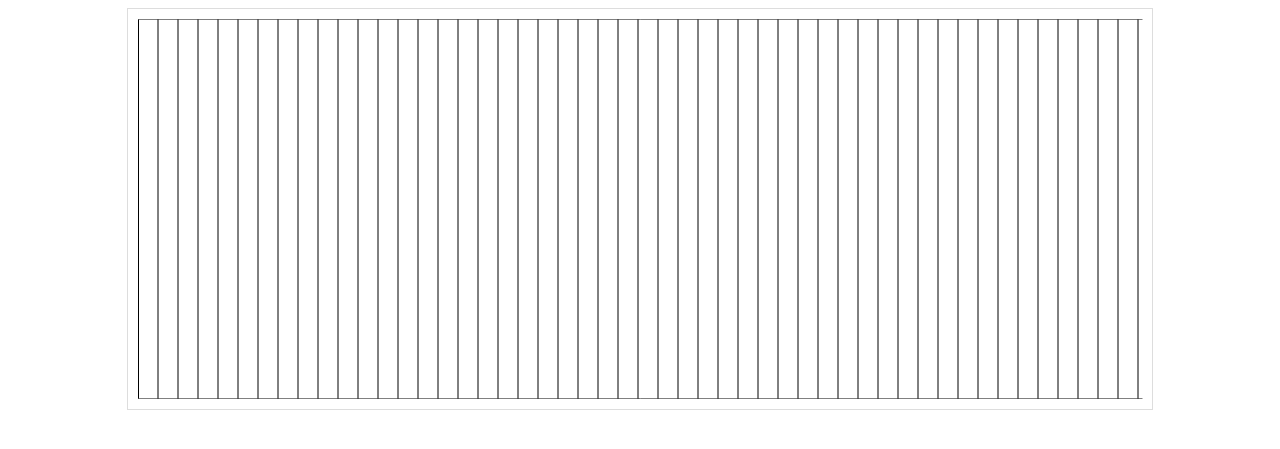
Repository: cw19931024/Demo
Page: canvas.html
An editor plug-in stored every save of this project. The page is shown before and after the next save, followed by the edit.
The browser window is 1280 px wide. The pictures show the whole page.

Above is the page before, as saved 2017-07-26 18:09:38.

### canvas.html
<!DOCTYPE html>
<html lang="en">

<head>
    <title></title>
    <meta charset="UTF-8">
    <meta name="viewport" context="width=device-width, initial-scale=1">
    <style>
        canvas {
            margin: 0 auto;
            border: 1px solid #ddd;
            width: 1024px;
            height: 400px;
        }

        .tac {
            text-align: center;
        }
    </style>
</head>

<body>
    <div class="tac">
        <canvas id="canvas" width="1024" height="768"></canvas>
    </div>
</body>
<script>
    var canvas = document.getElementById('canvas');
    var context = canvas.getContext('2d');
    var width = canvas.width;
    var height = canvas.height;
    var padding = 10;

    //y轴线
    context.beginPath();
    context.lineWidth = 1;
    context.moveTo(padding + 0.5, height - padding - 10);
    context.lineTo(padding + 0.5, padding + 10);
    context.stroke();

    //x轴线
    context.beginPath();
    context.moveTo(padding + 0.5, height - padding - 10);
    context.lineTo(width - padding + 0.5, height - padding - 10)
    context.moveTo(padding + 0.5, padding + 10);
    context.lineTo(width - padding + 0.5, padding + 10)
    context.stroke();

    // var Number = 5;             //y轴的段数
    // var yLength = Math.floor(height -padding*2/Number);
    // var xLength = Math.floor(width -padding*2/data.length);

    for (var i = 20; i < width; i += 20) {
        context.beginPath();
        context.moveTo(i + 10, height - padding - 10);
        context.lineTo(i + 10, padding + 10);
        context.stroke();
    }
    for (var i = 20; i < height; i += 20) {
        context.beginPath();
        context.moveTo(i +10, width - padding - 10);
        context.lineTo(i+10, width - padding - 10)
        context.stroke();
    }
</script>

</html>

After the next save:
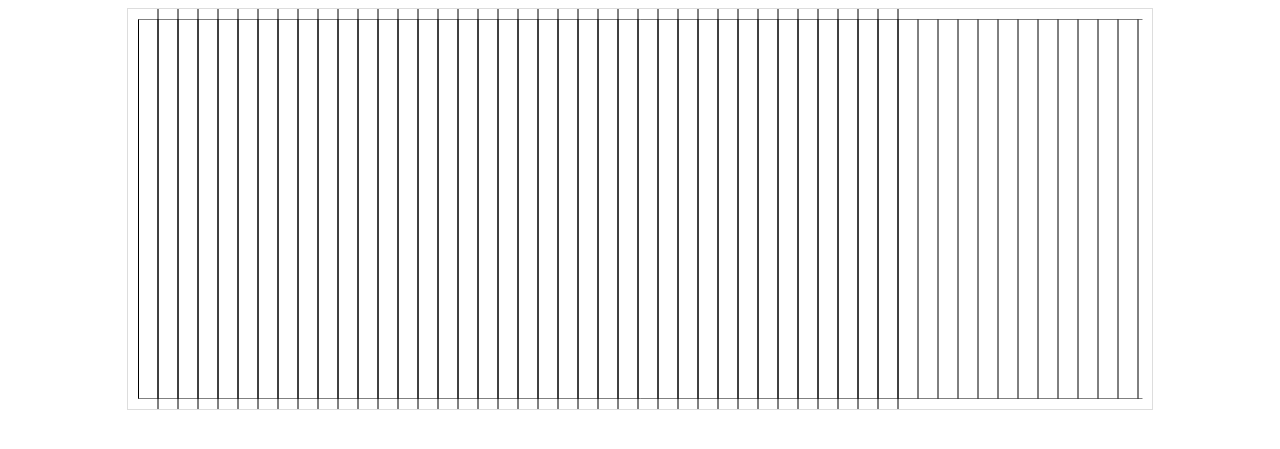
Saved 10 s later.
--- a/canvas.html
+++ b/canvas.html
@@ -59,7 +59,7 @@
     for (var i = 20; i < height; i += 20) {
         context.beginPath();
         context.moveTo(i +10, width - padding - 10);
-        context.lineTo(i+10, width - padding - 10)
+        context.lineTo(i+10, padding - padding - 10)
         context.stroke();
     }
 </script>
